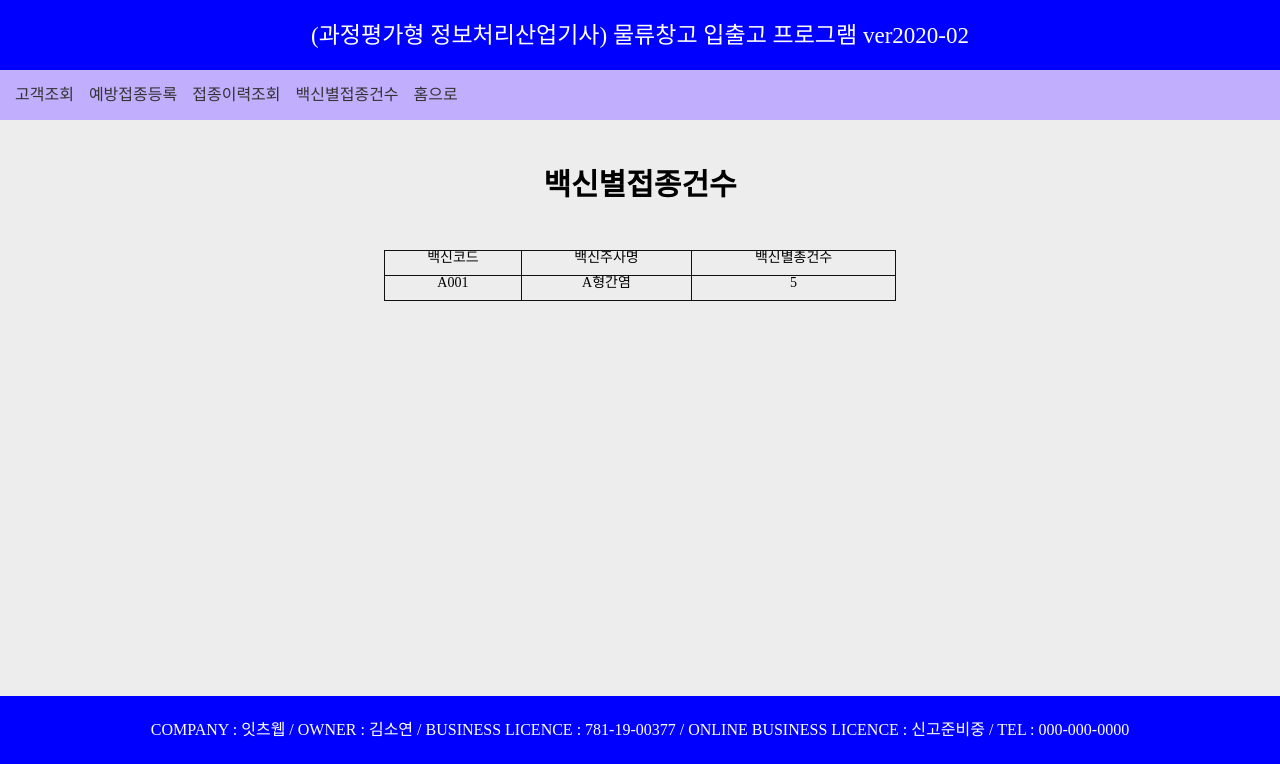
Repository: myeongwoo95/Engineer-Information-Processing
Page: http://localhost/Vaccination/vaccinelist.do
An editor plug-in stored every save of this project. The page is shown before and after the next save, followed by the edit.
The browser window is 1280 px wide. The pictures show the whole page.
The page is served by Tomcat 9. Queries for data that is not in the repository find no rows.

Above is the page before, as saved 2021-06-30 07:05:43.

After the next save:
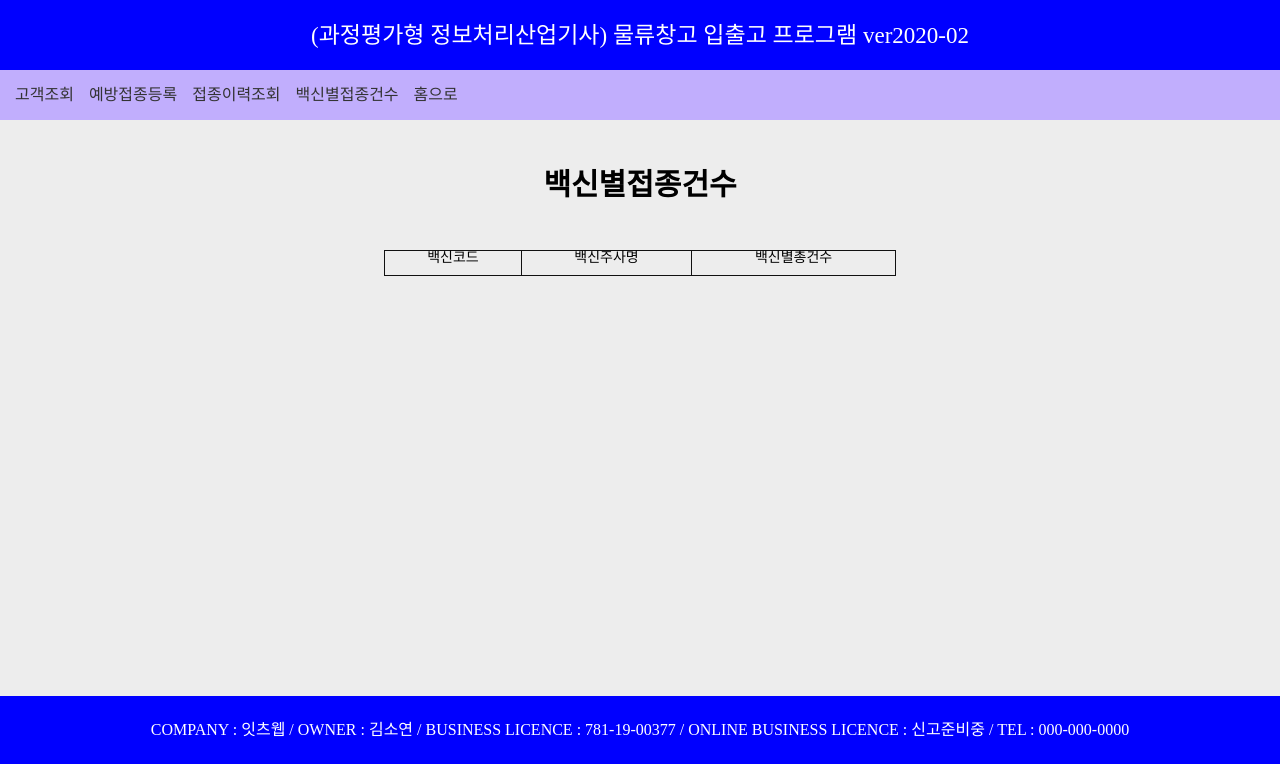
Saved 19 s later.
--- a/Vaccination/src/main/webapp/vaccinelist.jsp
+++ b/Vaccination/src/main/webapp/vaccinelist.jsp
@@ -26,11 +26,13 @@
 				<th>백신별총건수</th>
 			</tr>
 
+			<c:forEach var="list" items="${list}">
 			<tr>
 				<td>A001</td>
 				<td>A형간염</td>
 				<td>5</td>
 			</tr>
+			</c:forEach>
 
 		</table>
 	</section>
